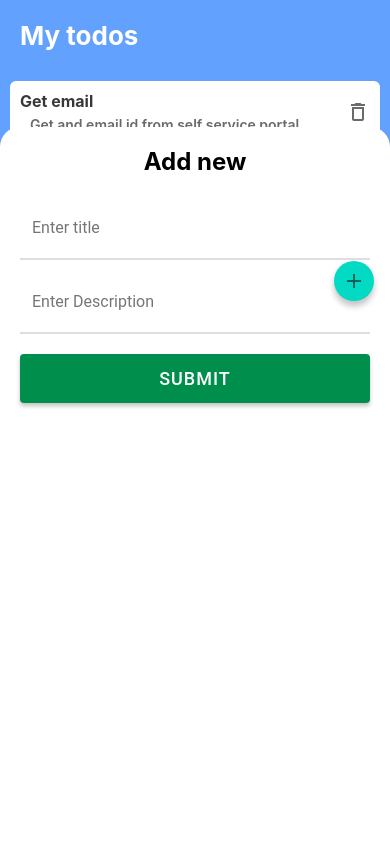
Repository: sadarsh216/Todo-App
Page: /, after clicking the first element matching `button.css-view-175oi2r`
These files come from the project's save history. The page is drawn as it stood at one moment and after the next save; the edit follows.
The browser window is 390 px wide. The pictures show the whole page.
The app was drawn by React Native's web renderer in a window 390 px wide. The project was rebuilt for these pictures with package versions that can differ from the ones it lists, and the page was loaded fresh each time.

Above is the page before, as saved 2021-10-09 14:38:54.

### App.tsx
import { StatusBar } from "expo-status-bar";
import React, { useRef } from "react";
import {
  SafeAreaView,
  ScrollView,
  StyleSheet,
  Text,
  TouchableWithoutFeedback,
  View,
  Animated,
  Easing,
} from "react-native";
import Todos from "./Pages/Todos";
import { FAB } from "react-native-paper";
import Modal from "./components/Modal";
import * as Animatable from "react-native-animatable";

export default function App() {
  const [showAdd, setAdd] = React.useState(false);

  return (
    <>
      <SafeAreaView>
        <View style={styles.container}>
          <ScrollView>
            <Text style={styles.heading}>My todos</Text>
            <Todos />
          </ScrollView>
          {showAdd && (
            <Animatable.View style={styles.modal} animation="fadeInUpBig">
              <TouchableWithoutFeedback onPress={() => alert("")}>
                <Modal />
              </TouchableWithoutFeedback>
            </Animatable.View>
          )}
        </View>
        <FAB
          style={styles.fab}
          small
          icon="plus"
          onPress={() => setAdd(!showAdd)}
        />
      </SafeAreaView>
    </>
  );
}

const styles = StyleSheet.create({
  container: {
    height: "100%",
    backgroundColor: "#63a1ff",
  },
  heading: {
    color: "white",
    fontSize: 26,
    fontWeight: "bold",
    margin: 20,
  },
  fab: {
    color: "#fff",
    position: "absolute",
    margin: 16,
    right: 0,
    bottom: 0,
  },
  modal: {
    position: "absolute",
    bottom: 0,
    height: "60%",
    width: "100%",
    display: "flex",
    backgroundColor: "white",
    borderTopRightRadius: 20,
    borderTopLeftRadius: 20,
    elevation: 4,
    padding: 10,
    // backgroundColor: "rgba(0,0,0,0.4)",
  },
});

### Pages/Todos.tsx
import React from "react";
import { View, Text, StyleSheet, TouchableOpacity } from "react-native";
import { MaterialCommunityIcons } from "@expo/vector-icons";

export default function Todos() {
  const [todos, setTodos] = React.useState([
    {
      title: "Get email",
      description: "Get and email id from self service portal",
      id: 0,
    },
    { title: "Test 1", description: "this is a test data for test 1", id: 1 },
    { title: "Test 2", description: "this is a test data for test 2 ", id: 2 },
  ]);
  const deleteTodo = () => {
    alert("deleted");
  };
  return (
    <>
      {todos.map((item, key) => (
        <View key={item.id} style={styles.card}>
          <View style={styles.details}>
            <Text style={styles.title}>{item.title}</Text>
            <Text style={styles.desc}>{item.description}</Text>
          </View>
          <View style={styles.deleteSection}>
            <TouchableOpacity onPress={deleteTodo}>
              <MaterialCommunityIcons
                name="delete-outline"
                size={24}
                color="#6a6a6a"
              />
            </TouchableOpacity>
          </View>
        </View>
      ))}
    </>
  );
}

const styles = StyleSheet.create({
  card: {
    display: "flex",
    flexDirection: "row",
    backgroundColor: "#fff",
    margin: 10,
    borderRadius: 6,
    elevation: 4,
    padding: 10,
  },
  title: {
    fontSize: 16,
    marginBottom: 5,
    fontWeight: "bold",
    color: "#383838",
  },
  desc: {
    paddingHorizontal: 10,
    fontWeight: "600",
    color: "#6a6a6a",
  },
  details: {
    flex: 2,
  },
  deleteSection: {
    justifyContent: "center",
  },
});

### components/Modal.tsx
import { Formik } from "formik";
import React from "react";
import { View, Text, StyleSheet, TouchableWithoutFeedback } from "react-native";
import { Button, TextInput } from "react-native-paper";

export default function Modal() {
  return (
    <View>
      <Text style={styles.heading}>Add new</Text>
      <Formik
        initialValues={{ title: "", description: "", id: "" }}
        onSubmit={(values) => {
          // submit function
        }}
      >
        {(props) => (
          <View style={styles.formContainer}>
            <TextInput
              style={styles.input}
              placeholder="Enter title"
              onChangeText={props.handleChange("title")}
              value={props.values.title}
            />
            <TextInput
              style={styles.input}
              placeholder="Enter Description"
              onChangeText={props.handleChange("title")}
              value={props.values.title}
            />
            <Button style={styles.submitBtn} color="white">
              <Text style={{ fontSize: 18 }}>Submit</Text>
            </Button>
          </View>
        )}
      </Formik>
    </View>
  );
}

const styles = StyleSheet.create({
  heading: {
    textAlign: "center",
    fontWeight: "bold",
    fontSize: 24,
    margin: 10,
  },
  formContainer: {
    padding: 10,
    justifyContent: "space-around",
  },
  input: {
    backgroundColor: "transparent",
    marginBottom: 10,
  },
  submitBtn: {
    marginTop: 10,
    paddingVertical: 5,
    backgroundColor: "#008e4c",
    elevation: 4,
  },
});

After the next save:
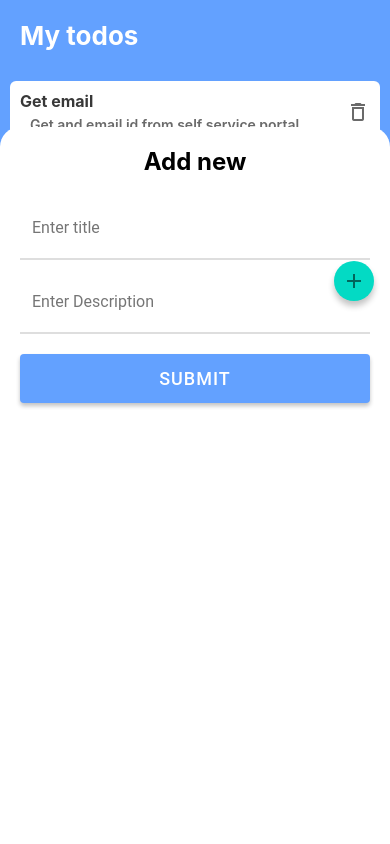
Saved 19 s later.
--- a/components/Modal.tsx
+++ b/components/Modal.tsx
@@ -55,7 +55,7 @@ const styles = StyleSheet.create({
   submitBtn: {
     marginTop: 10,
     paddingVertical: 5,
-    backgroundColor: "#008e4c",
+    backgroundColor: "#63a1ff",
     elevation: 4,
   },
 });
